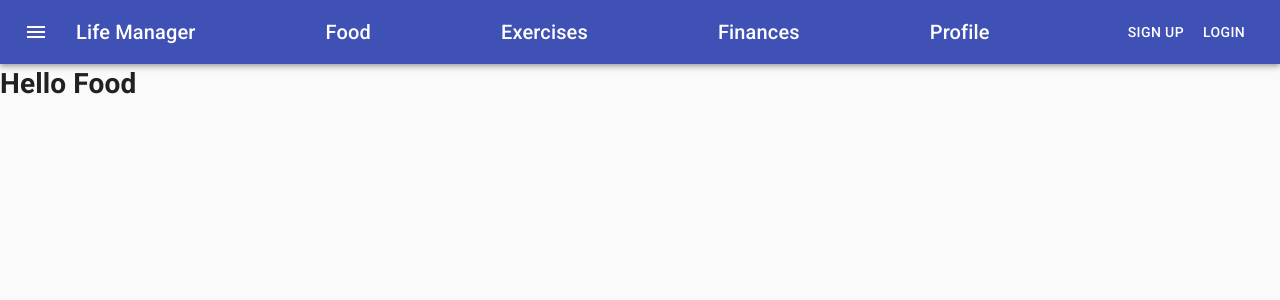
Repository: DaNiels89/lifemanagerreact
Page: /food
The author's editor kept a copy of each file at every save. The page is drawn from the files as they stood at one save, then again after the next save.
The browser window is 1280 px wide. The pictures show the whole page.
The project was rebuilt for these pictures with package versions that can differ from the ones it lists, and the page was loaded fresh each time. Also part of the build but not shown: src/assets/components/1_lifemanager/HomePage.js, src/assets/components/3_exercises/Exercise.js, src/assets/components/4_finances/Finance.js, src/assets/components/5_profile/CountrySelect.js, src/assets/components/5_profile/ErrorMessage.js, src/assets/components/5_profile/UserDetails.js.

Above is the page before, as saved 2020-03-18 12:17:42.

### public/index.html
<!DOCTYPE html>
<html lang="en">
  <head>
    <meta charset="utf-8" />
    <link rel="icon" href="%PUBLIC_URL%/favicon.ico" />
    <meta name="viewport" content="width=device-width, initial-scale=1" />
    <meta name="theme-color" content="#000000" />
    <meta
      name="description"
      content="Web site created using create-react-app"
    />
    <link rel="apple-touch-icon" href="%PUBLIC_URL%/logo192.png" />
    <link rel="manifest" href="%PUBLIC_URL%/manifest.json" />
    <title>Life Manager</title>
  </head>
  <body>
    <noscript>You need to enable JavaScript to run this app.</noscript>
    <div id="root"></div>
  </body>
</html>

### src/App.js
import React from 'react';
import Header from './assets/components/0_layout/Header';
// import UserDetails from './assets/components/UserDetails';

import CssBaseline from '@material-ui/core/CssBaseline';
import 'typeface-roboto';
import { makeStyles } from '@material-ui/core/styles';
import './assets/css/App.css';

const useStyles = makeStyles({
  main: {
    width: '100%'
  }
});

export default function App() {
  const classes = useStyles();

  return (
    <React.Fragment>
      <CssBaseline />
      <div className={classes.main}>
        <Header />
      </div>
    </React.Fragment>
  );
}

### src/assets/components/0_layout/Header.js
import React from 'react';
import {
  BrowserRouter as Router,
  Switch,
  Route,
  Link as RouterLink
} from 'react-router-dom';

import HomePage from '../1_lifemanager/HomePage';
import Food from '../2_food/Food';
import Exercise from '../3_exercises/Exercise';
import Finance from '../4_finances/Finance';
import UserDetails from '../5_profile/UserDetails';

import { makeStyles } from '@material-ui/core/styles';
import AppBar from '@material-ui/core/AppBar';
import Toolbar from '@material-ui/core/Toolbar';
import Link from '@material-ui/core/Link';
import Typography from '@material-ui/core/Typography';
import Button from '@material-ui/core/Button';
import IconButton from '@material-ui/core/IconButton';
import MenuIcon from '@material-ui/icons/Menu';

const useStyles = makeStyles(theme => ({
  header: {
    flexGrow: 1
  },
  menuButton: {
    marginRight: theme.spacing(2)
  },
  title: {
    flexGrow: 1
  }
}));

export default function Header() {
  const classes = useStyles();

  return (
    <Router>
      <div className={classes.header}>
        <AppBar position="static">
          <Toolbar>
            <IconButton
              edge="start"
              className={classes.menuButton}
              color="inherit"
              aria-label="menu"
            >
              <MenuIcon />
            </IconButton>
            <Typography variant="h6" className={classes.title}>
              <Link href="/" color="inherit">
                Life Manager
              </Link>
            </Typography>
            <Typography variant="h6" className={classes.title}>
              <Link href="/food" color="inherit">
                Food
              </Link>
            </Typography>
            <Typography variant="h6" className={classes.title}>
              <Link href="/exercises" color="inherit">
                Exercises
              </Link>
            </Typography>
            <Typography variant="h6" className={classes.title}>
              <Link href="/finances" color="inherit">
                Finances
              </Link>
            </Typography>
            <Typography variant="h6" className={classes.title}>
              <Link href="/profile" color="inherit">
                Profile
              </Link>
            </Typography>
            <Button color="inherit">Sign up</Button>
            <Button color="inherit">Login</Button>
          </Toolbar>
        </AppBar>

        <Switch>
          <Route path="/food">
            <Food />
          </Route>
          <Route path="/exercises">
            <Exercise />
          </Route>
          <Route path="/finances">
            <Finance />
          </Route>
          <Route path="/profile">
            <UserDetails />
          </Route>
          <Route path="/">
            <HomePage />
          </Route>
        </Switch>
      </div>
    </Router>
  );
}

### src/assets/components/2_food/Food.js
import React from 'react';

const Food = () => {
  const APP_ID = '8debb3e4';
  const APP_KEY = 'c9c2a9ac54a69f6c10f4abd97dcf8e4a';

  const exampleReq = `https://api.edamam.com/search?q=chicken&app_id=${APP_ID}&app_key=${APP_KEY}`;

  return (
    <div className="Food">
      <h1>Hello Food</h1>
    </div>
  );
};

export default Food;

### src/assets/css/UserDetails.css
form {
  display: flex;
  flex-direction: column;
}

.formField {
  margin: 3em 0;
}

Loaded but not shown: src/index.js (common file); src/assets/css/App.css (common file)

After the next save:
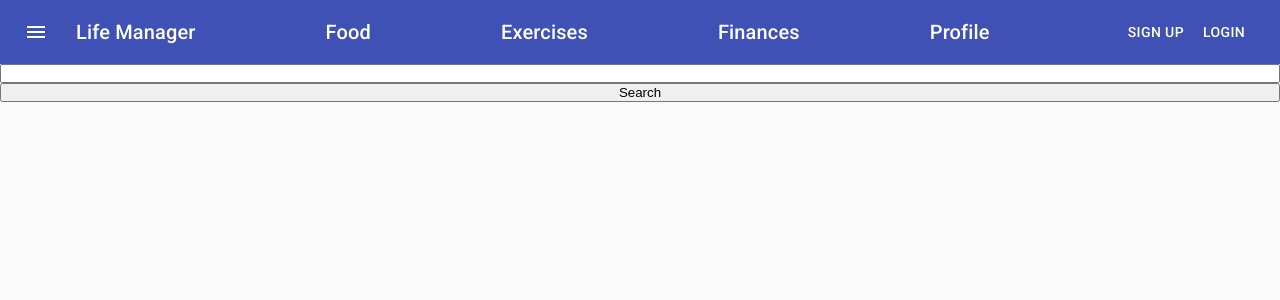
Saved 2 min 5 s later.
--- a/src/assets/components/2_food/Food.js
+++ b/src/assets/components/2_food/Food.js
@@ -8,7 +8,12 @@ const Food = () => {
 
   return (
     <div className="Food">
-      <h1>Hello Food</h1>
+      <form className="search-form">
+        <input className="search-bar" type="text" />
+        <button className="search-button" type="submit">
+          Search
+        </button>
+      </form>
     </div>
   );
 };
